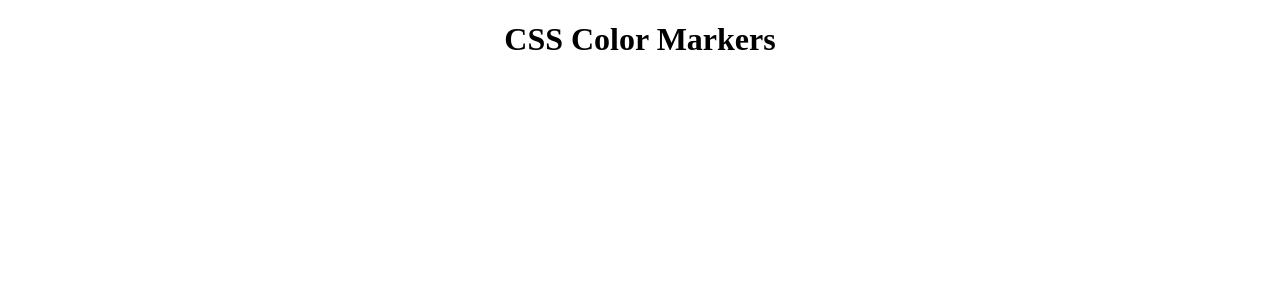
Repository: Lungdjos/color_markers
Page: index.html
The author's editor kept a copy of each file at every save. The page is drawn from the files as they stood at one save, then again after a run of saves.
The browser window is 1280 px wide. The pictures show the whole page.

Above is the page before, as saved 2023-09-13 10:53:20.

### index.html
<!DOCTYPE html>
<html lang="en">

<head>
    <meta charset="UTF-8">
    <meta name="viewport" content="width=device-width, initial-scale=1.0">
    <title>Colored Markers</title>
    <link rel="stylesheet" href="styles.css">
</head>

<body>
    <h1>CSS Color Markers</h1>
    <div class="container">
        <div class="marker"></div>
    </div>
</body>

</html>

### styles.css
/* STYLING */

h1 {
    text-align: center;
}

.marker {
    background-color: red;
    width: 240px;
    height: 2;
}

After the next 2 saves:
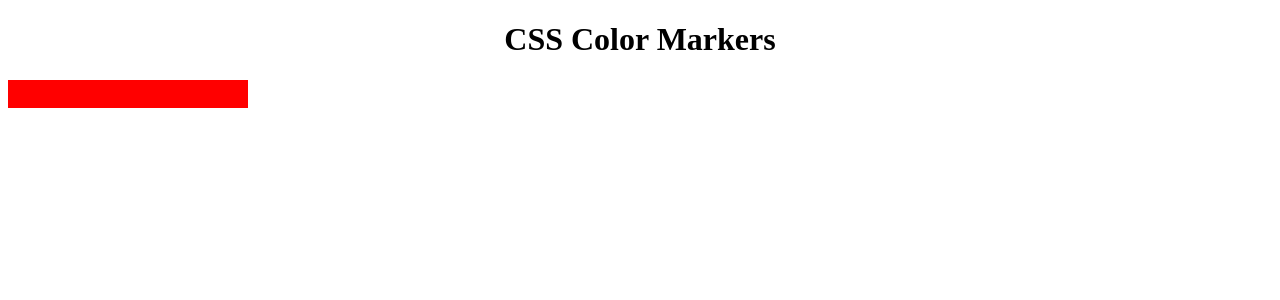
The 2 saves are shown as one change because they came seconds apart.
The last was saved 5 s later.
--- a/styles.css
+++ b/styles.css
@@ -7,5 +7,5 @@
 .marker {
     background-color: red;
     width: 240px;
-    height: 2;
+    height: 28px;
 }
